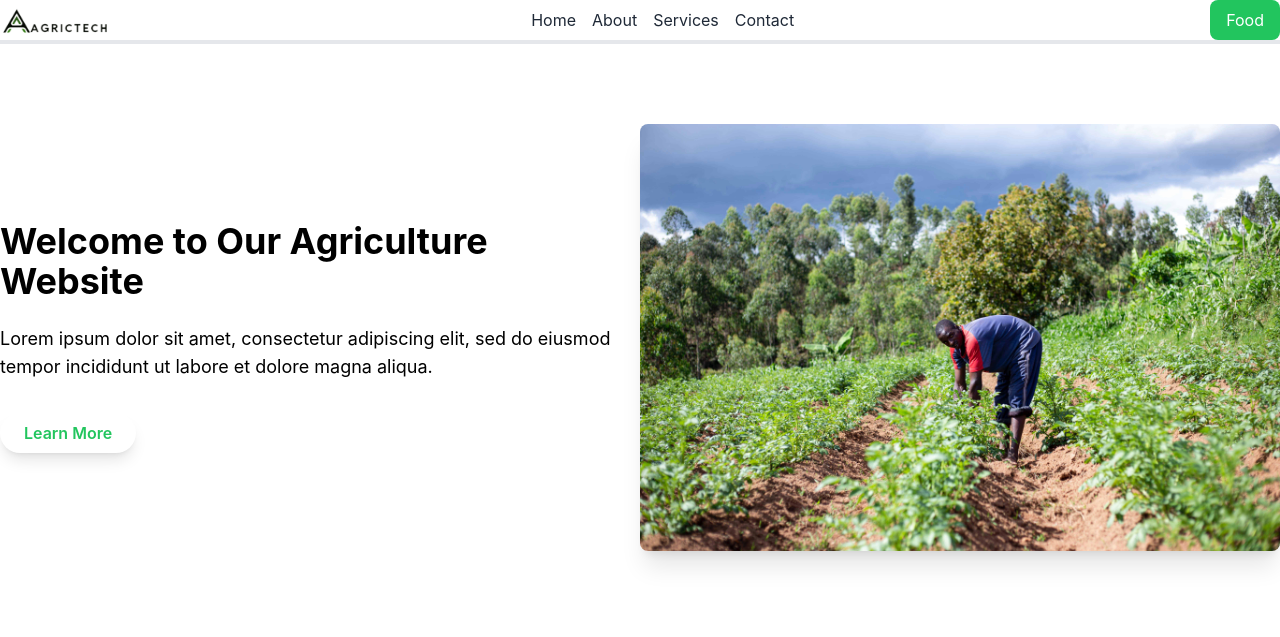
Repository: akinolapo/agric-tech
Page: /
An editor plug-in stored every save of this project. The page is shown before and after the next save, followed by the edit.
The browser window is 1280 px wide. The pictures show the whole page.
The project was rebuilt for these pictures with package versions that can differ from the ones it lists, and the page was loaded fresh each time.

Above is the page before, as saved 2023-05-27 00:08:44.

After the next save:
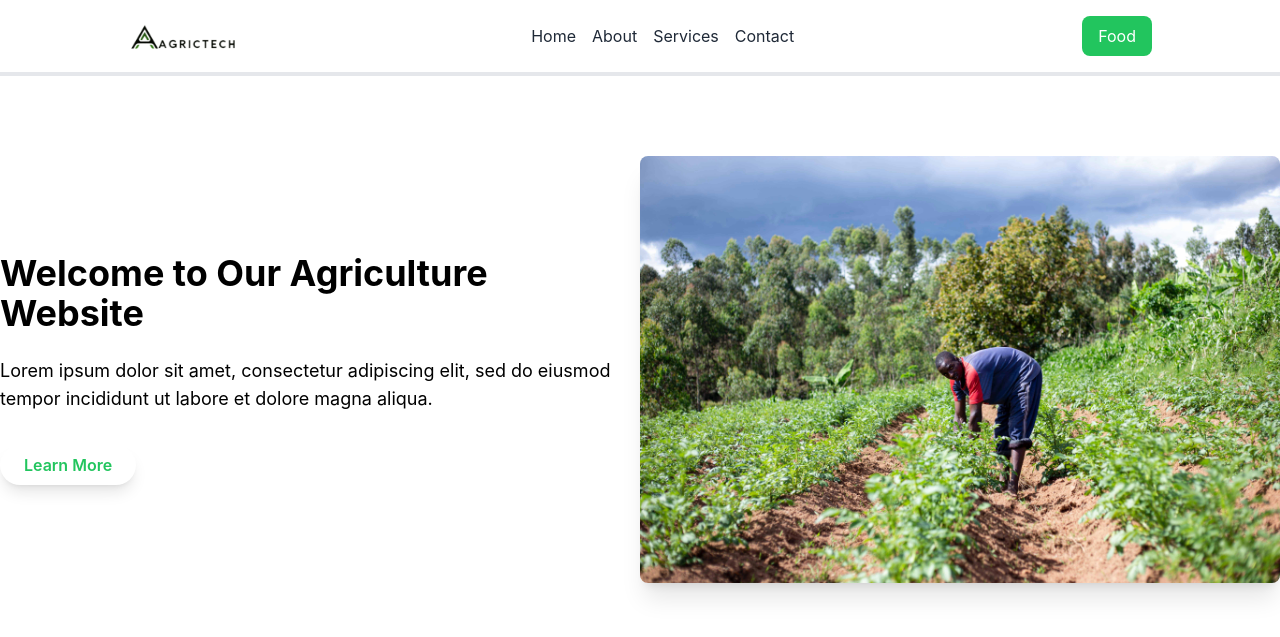
Saved 6 s later.
--- a/src/components/Header.jsx
+++ b/src/components/Header.jsx
@@ -13,7 +13,7 @@ const Header = () => {
 
   return (
     <header className="bg-white border-b-4">
-      <div className="container mx-auto flex justify-between items-center">
+      <div className="container mx-auto flex justify-between items-center py-4 px-5 sm:px-32">
         <div className="flex items-center">
           <img
             src={process.env.PUBLIC_URL+`media/logo.png`}
